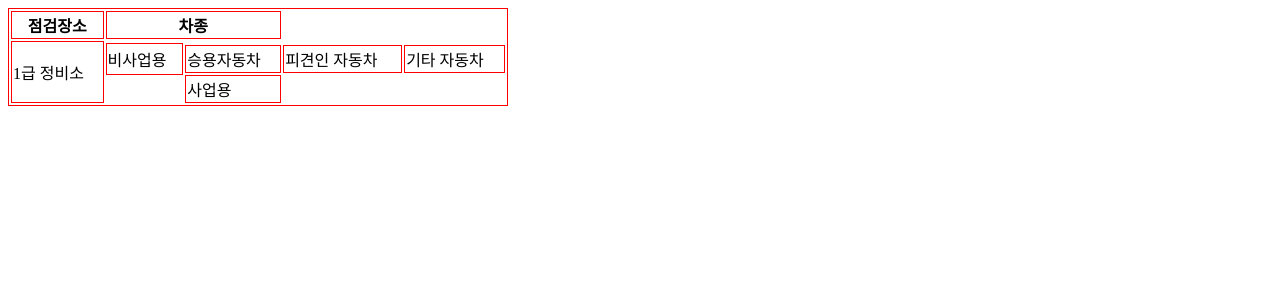
Repository: kisunssong/jsp
Page: http://localhost/test/tabletest.jsp
An editor plug-in stored every save of this project. The page is shown before and after the next save, followed by the edit.
The browser window is 1280 px wide. The pictures show the whole page.
The page is served by Tomcat 9.

Above is the page before, as saved 2020-10-31 09:23:24.

After the next save:
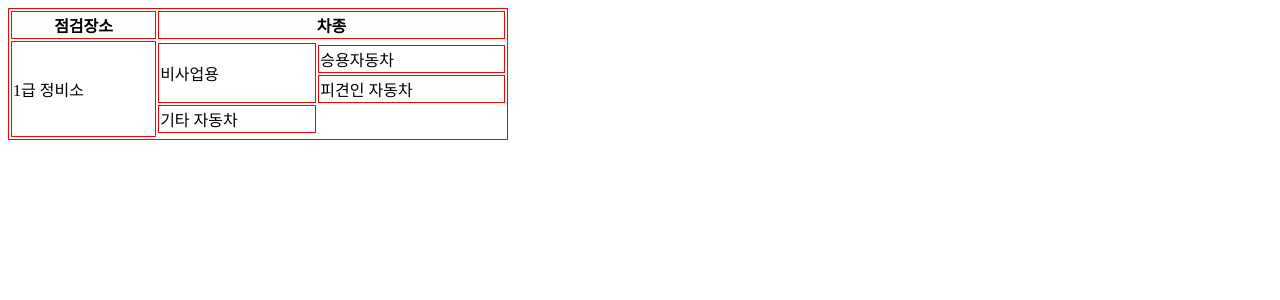
Saved 62 s later.
--- a/test/WebContent/tabletest.jsp
+++ b/test/WebContent/tabletest.jsp
@@ -18,14 +18,12 @@
 		</tr>
 		<tr>
 			<td>승용자동차</td>
-			<td>피견인 자동차</td>
-			<td>기타 자동차</td>
 		</tr>
 		<tr>
-			<td rowspan="4">사업용</td>
+			<td>피견인 자동차</td>
 		</tr>
 		<tr>
-
+			<td>기타 자동차</td>
 		</tr>
 		<tr>
 
